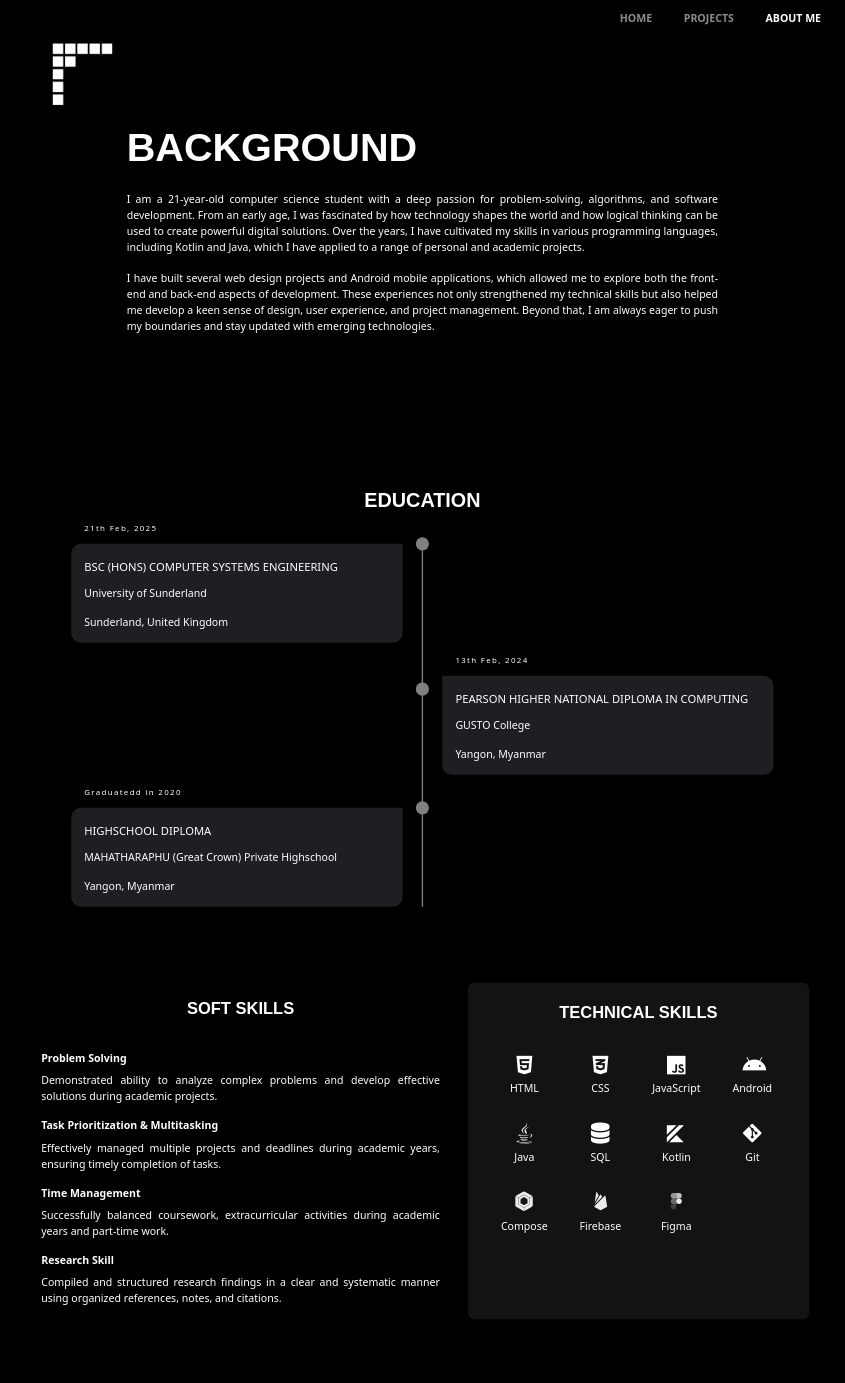
Repository: pyaestk/Portfolio-template
Page: aboutme.html
The author's editor kept a copy of each file at every save. The page is drawn from the files as they stood at one save, then again after the next save.
The browser window is 1280 px wide. The pictures show the whole page, at 66% of full size.
Some web fonts or font styles are not loaded; a fallback is used. Some web libraries are served in a nearby version.

Above is the page before, as saved 2025-05-24 20:22:00.
Console error: TypeError: Cannot read properties of null (reading 'addEventListener')

### aboutme.html
<!DOCTYPE html>

<html lang="en">

<head>
  <link href="https://cdn.jsdelivr.net/npm/bootstrap@5.3.5/dist/css/bootstrap.min.css" rel="stylesheet"
    integrity="sha384-SgOJa3DmI69IUzQ2PVdRZhwQ+dy64/BUtbMJw1MZ8t5HZApcHrRKUc4W0kG879m7" crossorigin="anonymous">
  <script src="https://cdn.jsdelivr.net/npm/bootstrap@5.3.5/dist/js/bootstrap.bundle.min.js"
    integrity="sha384-k6d4wzSIapyDyv1kpU366/PK5hCdSbCRGRCMv+eplOQJWyd1fbcAu9OCUj5zNLiq"
    crossorigin="anonymous"></script>
  <link rel="stylesheet" href="https://cdnjs.cloudflare.com/ajax/libs/font-awesome/6.1.2/css/all.min.css">
  <link href="styles.css" rel="stylesheet">

  <!-- google fonts -->
  <link rel="preconnect" href="https://fonts.googleapis.com">
  <link rel="preconnect" href="https://fonts.gstatic.com" crossorigin>
  <link href="https://fonts.googleapis.com/css2?family=Doto:wght@100..900&display=swap" rel="stylesheet">
  <link href="https://fonts.googleapis.com/css2?family=Roboto:ital,wght@0,100..900;1,100..900&display=swap"
    rel="stylesheet">

  <meta charset="utf-8">
  <meta name="viewport" content="width=device-width, initial-scale=1, minimum-scale=1, maximum-scale=1 ">

  <title>My Webpage</title>
</head>

<body class="bg-black">

  <nav class="navbar navbar-expand-lg bg-black navbar-dark sticky-top">
    <div class="container-fluid">
      <a class="navbar-brand" href="#"></a>
      <button class="navbar-toggler" type="button" data-bs-toggle="collapse" data-bs-target="#navbarNav"
        aria-controls="navbarNav" aria-expanded="false" aria-label="Toggle navigation">
        <span class="navbar-toggler-icon"></span>
      </button>
      <div class="collapse navbar-collapse justify-content-end" id="navbarNav">
        <ul class="navbar-nav text-center">
          <li class="nav-item px-3">
            <a class="nav-link" aria-current="page" href="index.html">HOME</a>
          </li>
          <li class="nav-item px-3">
            <a class="nav-link" href="projects.html">PROJECTS</a>
          </li>
          <li class="nav-item px-3">
            <a class="nav-link active" href="aboutme.html">ABOUT ME</a>
          </li>
        </ul>
      </div>
    </div>
  </nav>

  <div class="background-container text-white">
    <img src="img/decoration-block2.png" class="decoration-image-1" style="--delay: .2s;">

    <h4 class="title text-center" style="--delay: .3s;">BACKGROUND</h4>
    <p style="--delay: .4s;">I am a 21-year-old computer science student with a deep passion for problem-solving,
      algorithms, and software development. From an early age, I was fascinated by how technology shapes the world and
      how logical thinking can be used to create powerful digital solutions. Over the years, I have cultivated my skills
      in various programming languages, including Kotlin and Java, which I have applied to a range of personal and
      academic projects.
      <br><br>
      I have built several web design projects and Android mobile applications, which allowed me to explore both the
      front-end and back-end aspects of development. These experiences not only strengthened my technical skills but
      also helped me develop a keen sense of design, user experience, and project management. Beyond that, I am always
      eager to push my boundaries and stay updated with emerging technologies.
    </p>
  </div>

  <div class="container-fluid py-5 bg-black">
    <div class="education-container">
      <h2 class="my-5">EDUCATION</h2>
      <div class="timeline">
        <ul class="ps-0">
          <li class="reveal3">
            <div class="timeline-content">
              <h3 class="date">21th Feb, 2025</h3>
              <h5>BSC (HONS) COMPUTER SYSTEMS ENGINEERING</h5>
              <p>University of Sunderland</p>
              <span>Sunderland, United Kingdom</span>
            </div>
          </li>
          <li class="reveal3">
            <div class="timeline-content">
              <h3 class="date">13th Feb, 2024</h3>
              <h5>PEARSON HIGHER NATIONAL DIPLOMA IN COMPUTING</h5>
              <p>GUSTO College</p>
              <span>Yangon, Myanmar</span>
            </div>
          </li>
          <li class="reveal3">
            <div class="timeline-content">
              <h3 class="date">Graduatedd in 2020</h3>
              <h5>HIGHSCHOOL DIPLOMA</h5>
              <p>MAHATHARAPHU (Great Crown) Private Highschool</p>
              <span>Yangon, Myanmar</span>
            </div>
          </li>
        </ul>
      </div>
    </div>
  </div>

  <div class="container-fluid text-white py-5 bg-black">
    <div class="row skills-container mx-2 g-3">

      <div class="col-12 col-md-6 mb-5 softskills-container">
        <h5 class="mb-5 mt-4 text-center">SOFT SKILLS</h5>
        <ul class="list-unstyled">
          <li>
            <strong>Problem Solving</strong>
            <p>Demonstrated ability to analyze complex problems and develop effective solutions during academic projects.</p>
          </li>
          <li>
            <strong>Task Prioritization &amp; Multitasking</strong>
            <p>Effectively managed multiple projects and deadlines during academic years, ensuring timely completion of tasks.</p>
          </li>
          <li>
            <strong>Time Management</strong>
            <p>Successfully balanced coursework, extracurricular activities during academic years and part-time work.</p>
          </li>
          <li>
            <strong>Research Skill</strong>
            <p>Compiled and structured research findings in a clear and systematic manner using organized references, notes, and citations.</p>
          </li>
        </ul>

      </div>

      <div class="col-12 col-md-5 mb-5 technical-skills">
        <h5 class="mb-5 text-center">TECHNICAL SKILLS</h5>

        <div class="row g-4">
          <div class="col-4 col-md-3 text-center">
            <i class="fa-brands fa-html5 fa-2x tech-icon"></i>
            <p>HTML</p>
          </div>
          <div class="col-4 col-md-3 text-center">
            <i class="fa-brands fa-css3-alt fa-2x tech-icon"></i>
            <p>CSS</p>
          </div>
          <div class="col-4 col-md-3 text-center">
            <i class="fa-brands fa-js fa-2x tech-icon"></i>
            <p>JavaScript</p>
          </div>
          <div class="col-4 col-md-3 text-center">
            <i class="fa-brands fa-android fa-2x tech-icon"></i>
            <p>Android</p>
          </div>
          <div class="col-4 col-md-3 text-center">
            <i class="fa-brands fa-java fa-2x tech-icon"></i>
            <p>Java</p>
          </div>
          <div class="col-4 col-md-3 text-center">
            <i class="fa-solid fa-database fa-2x tech-icon"></i>
            <p>SQL</p>
          </div>
          <div class="col-4 col-md-3 text-center">
            <svg xmlns="http://www.w3.org/2000/svg" viewBox="0 0 8 8" class="tech-icon">
              <path fill="currentColor" d="m1 8l3-3l3 3M0 5V1h4M0 8V6l5-5h2" />
            </svg>
            <p>Kotlin</p>
          </div>
          <div class="col-4 col-md-3 text-center">
            <i class="fa-brands fa-git-alt fa-2x tech-icon"></i>
            <p>Git</p>
          </div>
          <div class="col-4 col-md-3 text-center">
            <svg xmlns="http://www.w3.org/2000/svg" viewBox="0 0 128 128" class="tech-icon">
              <path fill="#ededed"
                d="M63.353.759c-2.022-.048-3.83.515-5.604 1.486L14.737 27.521l-1.716 1.01l-.808.555c-1.067.628-2.21 2.15-2.97 3.175l4.168 2.324l2.82 1.55l9.592 5.4l2.454 1.36c1.237-1.491 1.306-1.596 2.472-2.566l26.833-15.884c1.554-.85 3.964-1.976 5.736-1.936c1.769.041 4.04.556 5.552 1.476l23.485 13.342l2.944 1.637a26.5 26.5 0 0 1 3.825 3.052l18.723-11.19l-1.666-1.624c-1.893-1.528-2.544-1.815-3.864-2.497L69.664 2.637C67.932 1.582 65.38.807 63.353.759m.276 23.845c-.95 0-3.036.411-3.86.884l-27.905 16.57c-.823.472-1.655 1.983-2.13 2.801s-.837 2.452-.839 3.303l-.055 33.254c-.002.946.421 2.006.896 2.824s1.268 1.581 2.091 2.054l28.68 16.194c1.07.493 2.69.787 3.64.787s2.174-.147 3.709-.777l27.42-16.173c.824-.474 2.1-1.772 2.575-2.59c.475-.819 1.498-2.895 1.493-3.841l-.146-32.52c-.001-.945-.832-2.85-1.307-3.667c-.475-.82-2.284-2.36-3.108-2.833L67.623 25.58c-.824-.473-3.043-.977-3.994-.977Zm55.2 7.65l-1.163.725l-17.474 10.441c.42 1 .891 3.278.946 4.363l.002.01l.008.312v31.3a10.09 10.09 0 0 1-4.963 8.786l-25.434 15.315c-.922.545-3.108 1.394-5.452 1.841l.002 1.516l-.037 7.825l-.006 3.775l.043 8.781c1.255-.01 3.339-.766 4.423-1.36l.317-.182l.009-.004l44.498-26.253a11.54 11.54 0 0 0 5.666-10.048V37.734c-.014-1.458-.72-4.093-1.385-5.48M8.47 33.817l-.415 1.949c-.352 2.928-.29 3.223-.202 4.705l-.012 49.185c-.02 2.027-.099 4.84.899 6.606c.993 1.762 2.916 2.799 4.657 3.827l45.2 25.602l.008.004l.318.179c1.399.644 2.986 1.145 4.592 1.241l.012-4.872l.004-3.748l-.006-11.404l-.006-1.81c-1.809-.118-3.218-.654-4.14-1.199l-27.041-15.14c-1.527-.9-3.437-1.913-4.308-3.455c-.87-1.543-1.252-3.886-1.235-5.658l.017-29.064l.008-2.096c.061-1.414.277-2.403.687-4.15zm55.323 4.77c.612 0 2.044.327 2.575.632l17.503 9.854c.531.304 1.698 1.3 2.004 1.826c.306.528.84 1.754.84 2.363l.096 20.959c.002.609-.655 1.948-.963 2.476c-.306.528-1.127 1.363-1.657 1.668L66.52 88.79c-.99.406-1.78.505-2.394.505c-.612 0-1.653-.192-2.342-.51L43.297 78.349a3.8 3.8 0 0 1-1.348-1.324c-.306-.528-.579-1.212-.578-1.82l.035-21.431c0-.548.235-1.602.54-2.13c.307-.528.844-1.5 1.374-1.804l17.985-10.68c.531-.305 1.877-.57 2.489-.57z" />
            </svg>
            <p>Compose</p>
          </div>
          <div class="col-4 col-md-3 text-center">
            <svg xmlns="http://www.w3.org/2000/svg" viewBox="0 0 24 24" class="tech-icon">
              <rect width="24" height="24" fill="none" />
              <path fill="#ededed"
                d="m20 18.69l-7.3 4.05q-.75.39-1.5 0L4 18.69L17.05 5.54l.35-.1c.3 0 .47.13.5.4zM9.35 5.74L4.8 13.29L6.7 1.34c.03-.27.2-.4.5-.4c.2 0 .33.06.4.25l2.15 3.95zM13.85 7L4.3 16.59l7.25-12.3c.1-.2.25-.29.45-.29s.33.09.4.29z" />
            </svg>
            <p>Firebase</p>
          </div>
          <div class="col-4 col-md-3 text-center">
            <svg xmlns="http://www.w3.org/2000/svg" viewBox="0 0 24 24" class="tech-icon">
              <rect width="24" height="24" fill="none" />
              <path fill="#ededed" d="M11.667 2H8.333a3.333 3.333 0 1 0 0 6.667h3.334z" opacity="0.6" />
              <path fill="#ededed" d="M11.667 8.667H8.333a3.333 3.333 0 0 0 0 6.666h3.334z" opacity="0.4" />
              <path fill="#ededed" d="M18.333 12a3.333 3.333 0 1 1-6.667 0a3.333 3.333 0 0 1 6.667 0" />
              <path fill="#ededed" d="M8.333 15.334h3.334v3.333a3.333 3.333 0 1 1-3.334-3.334" opacity="0.2" />
              <path fill="#ededed" d="M11.666 2h3.333a3.333 3.333 0 1 1 0 6.667h-3.333z" opacity="0.8" />
            </svg>
            <p>Figma</p>
          </div>
        </div>
      </div>


    </div>
  </div>

  <script src="script.js"></script>
</body>

</html>

### styles.css
* {
  margin: 0;
  padding: 0;
  box-sizing: border-box;
}
html {
  scroll-behavior: smooth;
}


/* index.html */

video {
  object-fit: cover;
  width: 100vw;
  height: 100vh;
  position: fixed;
  top: 0;
  left: 0;
  z-index: -1;
  filter: brightness(50%) grayscale(100%);
  transform: scaleX(-1);
  mask-image: linear-gradient(to right, black 0%, transparent 90%);
}
.navbar-nav a {
  font-weight: bolder;
}

.intro-container {
  display: flex;
  justify-content: center;
  align-items: start;
  flex-direction: column;
  flex-wrap: wrap;
  min-height: 90vh;
  padding: 50px 0;
}
.intro-text p {
  font-size: 20px;
  text-align: start;
  padding-right: 30%;
}

.my-name {
  font-family: "Doto", sans-serif;
  font-size: 60px;
  font-weight: bolder;
  max-lines: 3;
}

.social-links {
  display: flex;
  align-items: center;
  flex-direction: row;
  justify-content: start; /* or center if you want them centered */
  margin-top: 50px;
}
.social-links a {
  display: inline-flex; /* So the <a> fits nicely around icon */
  align-items: center;
  justify-content: center;
}
.social-links svg {
  width: 30px;
  height: 30px;

}
.social-links .linkedin {
  padding: 0 50px;
}
.intro-btns button{
  margin-top: 20px;
  width: 200px;
  height: 50px;
  margin-right: 20px;
  font-weight: bolder;
}






/* projects.html */

.projects-container {
  width: 100%;
  height: auto;
  display: flex;
  justify-content: space-evenly;
  align-items: center;
  flex-direction: row;
  flex-wrap: wrap;
  padding: 5% 5%;
}
.project-intro{
  width: 30%;
  height: auto;
  position: sticky;
  top: 150px; /* Adjust this value as needed */
  align-self: flex-start;
}
.projects-list-container {
  width: 70%;
  display: flex;
  justify-content: center;
  align-items: center;
  flex-direction: column;
}

.projects-list{
  display: grid;
  grid-template-columns: repeat(auto-fit, minmax(350px, 1fr));
  gap: 40px;
}
.project-intro h1 {
  font-size: 60px;
  color: white;
  font-family: "Doto", sans-serif;
  font-weight: bolder;
}

.projects-container .card {

  height: auto;
  background-color: rgba(29, 29, 29, 0.671);
  display: flex;
  justify-content: center;
  align-items: center;
  flex-direction: column;
  padding: 15px;
  color: white;
}
.projects-container .card-body{
  padding: 20px 10px 10px 10px;
}
.projects-container .card:hover {
  box-shadow: 0 0 15px rgb(255, 255, 255);
  transition: all 0.3s ease-in-out;
}



/* about me.html */
.background-container {
  position: relative; /* Needed for absolute child positioning */
  width: 100%;
  display: flex;
  justify-content: center;
  align-items: start;
  flex-direction: column;
  padding: 8% 15%;
}

.background-container .title {
  font-size: 60px;
  font-weight: bolder;
  font-family: "Doto", sans-serif;
  margin-top: 30px;
  margin-bottom: 30px;
}
.background-container p {
  text-align: justify;
}

.decoration-image-1 {
  position: absolute; /* Take it out of flow */
  top: 10px;
  left: 80px;
  width: 90px;
  height: auto;
  pointer-events: none; /* Prevents accidental clicks */
  user-select: none;
}


.softskills-container{
  text-align: justify;
}
.softskills-container p {
  margin-top: 10px;
  margin-bottom: 20px;
}
.skills-container h5 {
  font-size: 25px;
  font-weight: bolder;
  font-family: "Doto", sans-serif;

}
.skills-container {
  display: flex;
  justify-content: space-evenly;
}

.skills-container .general-skills, .technical-skills{
  background-color: rgba(29, 29, 29, 0.671);
  color: white;
  border-radius: 10px;
  padding: 30px 40px;
  text-align: start;
}

.skills-container .general-skills:hover, .technical-skills:hover{
  box-shadow: 0 0 15px rgb(255, 255, 255);
  transition: all 0.3s ease-in-out;
}

.tech-icon{
  width: 30px;
  height: 30px;
  margin-bottom: 10px;
}






.education-container {
  min-height: 100vh;
  width: 100%;
  display: flex;
  flex-direction: column;
  justify-content: center;
  align-items: center;
  justify-content: center;
  box-sizing: border-box;
}
.education-container h2 {
  font-weight: bolder;
  font-family: "Doto", sans-serif;
  color: white;
  font-size: 30px;
}
.timeline {
  width: 80%;
  height: auto;
  margin: 0 auto;
  position: relative;
}
.timeline h5{
  font-size: 17px;
  margin-bottom: 10px;
  line-height: 30px;
}

.timeline ul {
  list-style: none;
}
.timeline ul li {
  padding: 20px;
  background-color: #1e1f22;
  color: white;
  border-radius: 10px;

  margin-bottom: 20px;
}
.timeline ul li:last-child {
  margin-bottom: 0;
}
.timeline-content h1 {
  font-weight: 500;
  font-size: 25px;
  line-height: 30px;
  margin-bottom: 10px;
}
.timeline-content p {
  font-size: 16px;
  line-height: 30px;
  font-weight: 300;
}
.timeline-content .date {
  font-size: 12px;
  font-weight: 300;
  margin-bottom: 10px;
  letter-spacing: 2px;
}
@media only screen and (min-width: 768px) {
  .timeline:before {
    content: "";
    position: absolute;
    top: 0;
    left: 50%;
    transform: translateX(-50%);
    width: 2px;
    height: 100%;
    background-color: gray;
  }
  .timeline ul li {
    width: 50%;
    position: relative;
    margin-bottom: 50px;
  }
  .timeline ul li:nth-child(odd) {
    float: left;
    clear: right;
    transform: translateX(-30px);
    border-radius: 15px 0px 15px 15px;
  }
  .timeline ul li:nth-child(even) {
    float: right;
    clear: left;
    transform: translateX(30px);
    border-radius: 0px 15px 15px 15px;
  }
  .timeline ul li::before {
    content: "";
    position: absolute;
    height: 20px;
    width: 20px;
    border-radius: 50%;
    background-color: gray;
    top: 0px;
  }
  .timeline ul li:nth-child(odd)::before {
    transform: translate(50%, -50%);
    right: -30px;
  }
  .timeline ul li:nth-child(even)::before {
    transform: translate(-50%, 50%);
    left: -30px;
  }
  .timeline-content .date {
    position: absolute;
    top: -30px;
  }
  .timeline ul li:hover::before {
    background-color: rgb(255, 255, 255);
  }
}








/* on load animation */
.intro-body h1,
.intro-body p,
.intro-body .intro-btns,
.projects-container .card,
.project-intro h1, .project-intro p,
.background-container .title,
.background-container p,
.background-container image{
  display: block;
  opacity: 0;
  animation: reveal 0.5s forwards var(--delay);
}
@keyframes reveal {
  /* from { translate: - 20px; }
  to { translate: none; opacity: 1;} */
  from {
    transform: translateY(10px);
  }
  to {
    transform: translateY(0);
    opacity: 1;
  }
}

/* on scroll animation */

.reveal1 {
  position: relative;
  transform: translateX(70px);
  opacity: 0;
  transition: 1.1s all ease;
}
.reveal1.active {
  transform: translateX(0);
  opacity: 1;
}

.reveal2 {
  position: relative;
  transform: translateX(-70px);
  opacity: 0;
  transition: 1.1s all ease;
}
.reveal2.active2 {
  transform: translateX(0);
  opacity: 1;
}

.reveal3 {
  position: relative;
  transform: translateY(50px);
  opacity: 0;
  transition: 1.1s all ease;
}
.reveal3.active3 {
  transform: translateX(0);
  opacity: 1;
}




/* for small screen size */

@media (max-width: 1170px) {

  /* index.html */
  .intro-body {
    margin-top: 50px;
    margin-bottom: 50px;
    text-align: center;
  }
  .my-name {
    font-size: 35px;
  }
  .intro-text p {
    text-align: center;
    font-size: 13px;
    padding-right: 0;
  }

  /* projects.html */
  .projects-container {
    width: 100%;
    height: auto;
    display: flex;
    justify-content: space-evenly;
    align-items: center;
    flex-direction: row;
    flex-wrap: wrap;
    padding: 0px;
    gap: 40px;
  }
  .project-intro{
    width: auto;
    position: static;
    margin-top: 30px;
  }
  .projects-list{
    display: grid;
    grid-template-columns: repeat(auto-fit, minmax(280px, 1fr));
    gap: 30px;
  }
  .project-intro h1 {
    font-size: 35px;
    margin-top: 30px;
  }
  .project-intro p {
    font-size: 13px;
  }
  .intro-btns button{
    margin-left: 20px;
  }

  .projects-list-container {
    width: 80%;
  }
  .projects-list-container .card{
    margin-bottom: 20px;
  }
  .projects-list-container .card-text{
    font-size: 13px;
  }


  /* about me.html */
  .background-container {
    align-items: center;
  }
  .background-container .title {
    font-size: 40px;
    margin-top: 55px;
  }
  .background-container p {
    font-size: 15px;
    padding-right: 0;
    text-align: justify;
  }
  .decoration-image-1 {
    position: absolute; /* Take it out of flow */
    top: 20px;
    left: 40px;
    width: 50px;
  }

  .skills-container {
    padding: 15px 15px;
  }
  .skills-container h5 {
    font-size: 23px;
  }
  .skills-container h6 {
    font-size: 18px;
  }
  .skills-container p {
    font-size: 13px;
  }

}

### script.js
/* on scroll animation */
function reveal() {
  var reveals3 = document.querySelectorAll(".reveal3");
  for (var i = 0; i < reveals3.length; i++) {
    var windowHeight = window.innerHeight;
    var elementTop = reveals3[i].getBoundingClientRect().top;
    var elementVisible = 50;
    if (elementTop < windowHeight - elementVisible) {
      reveals3[i].classList.add("active3");
    } else {
      reveals3[i].classList.remove("active3");
    }
  }
}
// Also run reveal() on scroll
window.addEventListener("scroll", reveal);

//download CV
document.getElementById("downloadBtn").addEventListener("click", function () {
  const fileUrl = "my cv.pdf"; // PDF file in the same folder

  const a = document.createElement("a");
  a.href = fileUrl;
  a.download = "CV.pdf"; // The filename when downloaded

  document.body.appendChild(a);
  a.click();
  document.body.removeChild(a);
});


var lang = {
  "html": "100%",
  "css": "90%",
  "javascript": "70%",
  "php": "55%",
  "angular": "65%"
};

var multiply = 4;

$.each( lang, function( language, pourcent) {

  var delay = 700;

  setTimeout(function() {
    $('#'+language+'-pourcent').html(pourcent);
  },delay*multiply);

  multiply++;

});

After the next save:
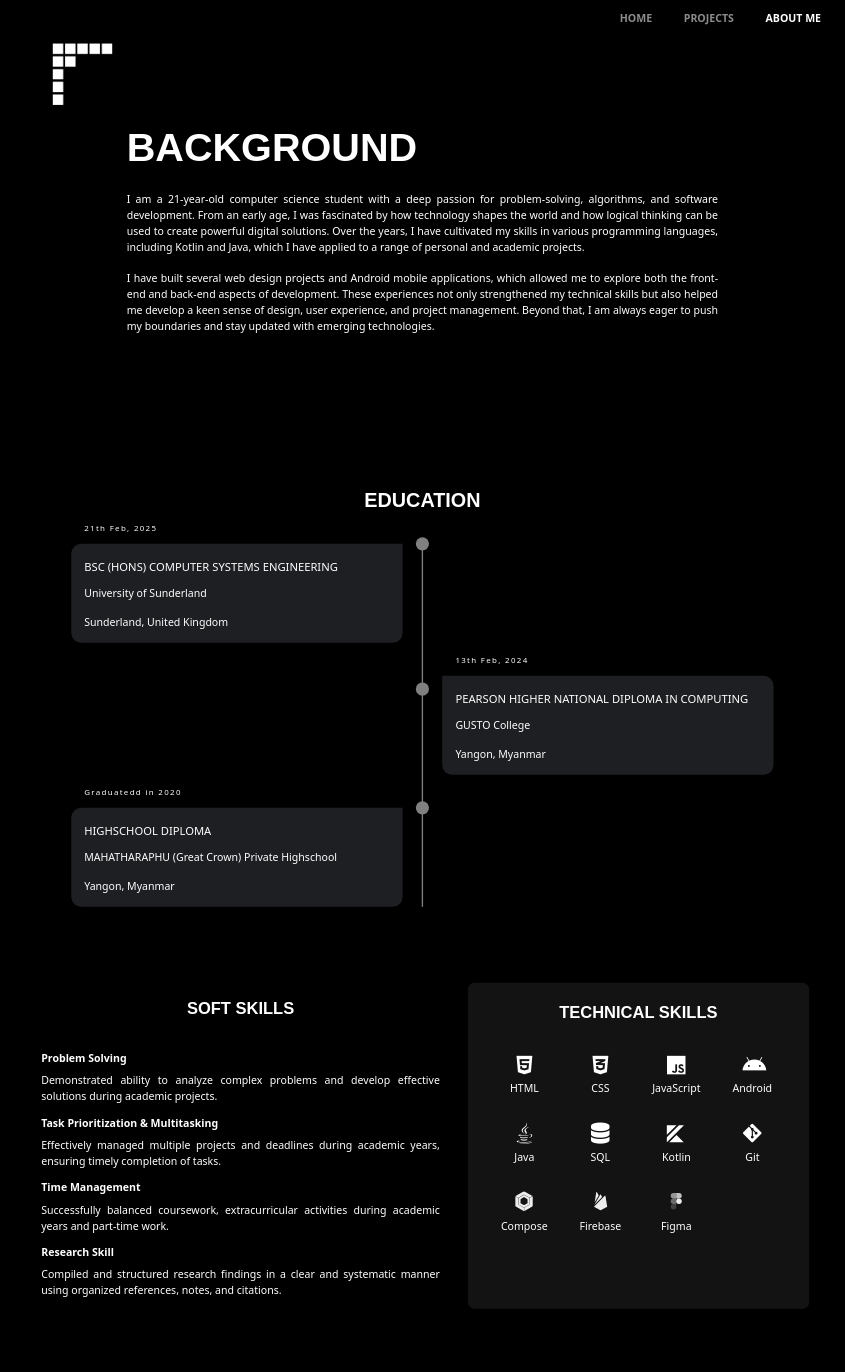
Saved 9 s later.
--- a/styles.css
+++ b/styles.css
@@ -179,7 +179,6 @@ video {
 }
 .softskills-container p {
   margin-top: 10px;
-  margin-bottom: 20px;
 }
 .skills-container h5 {
   font-size: 25px;
